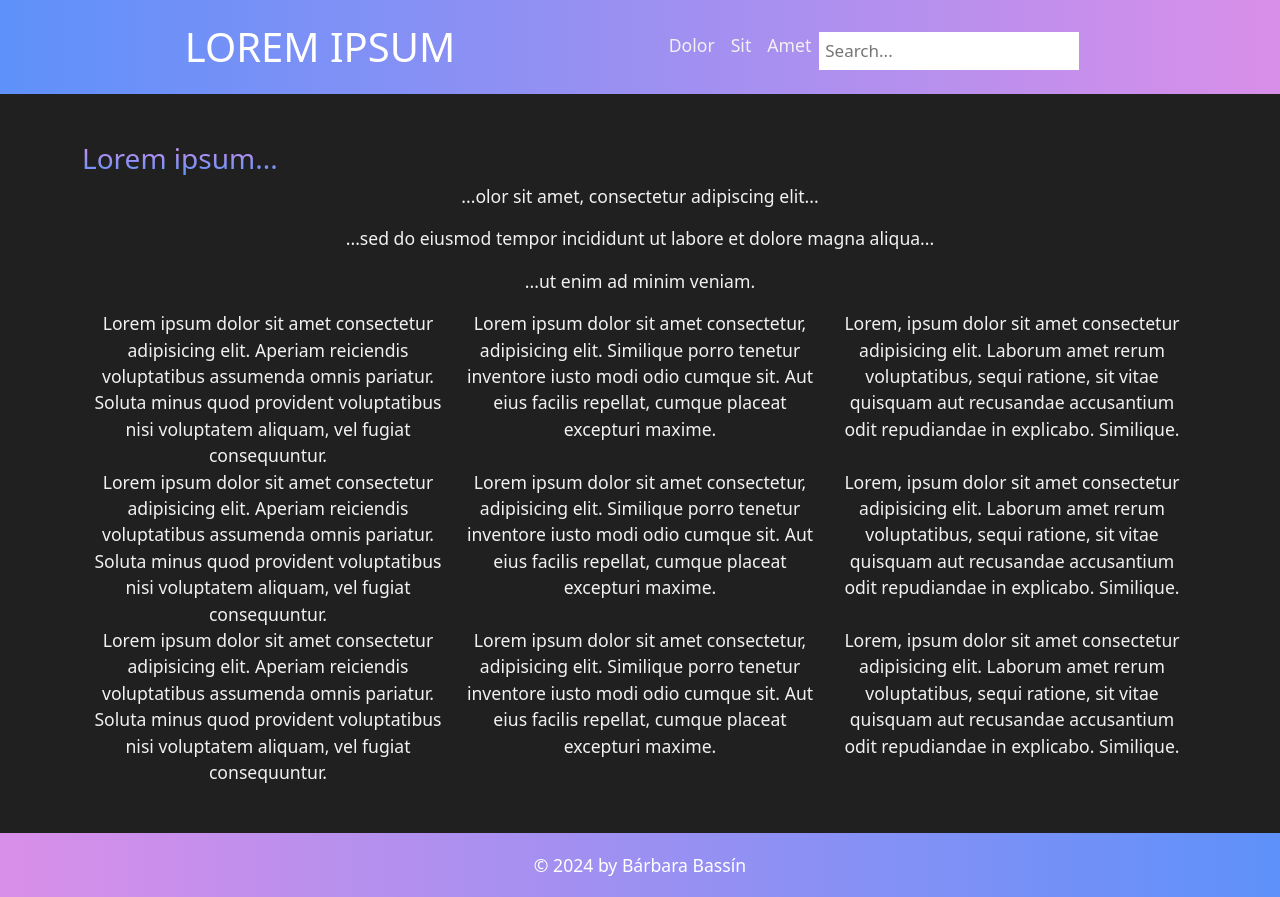
Repository: romancegirl/responsiveness
Page: index.html
The author's editor kept a copy of each file at every save. The page is drawn from the files as they stood at one save, then again after the next save.
The browser window is 1280 px wide. The pictures show the whole page.

Above is the page before, as saved 2024-11-19 18:46:34.

After the next save:
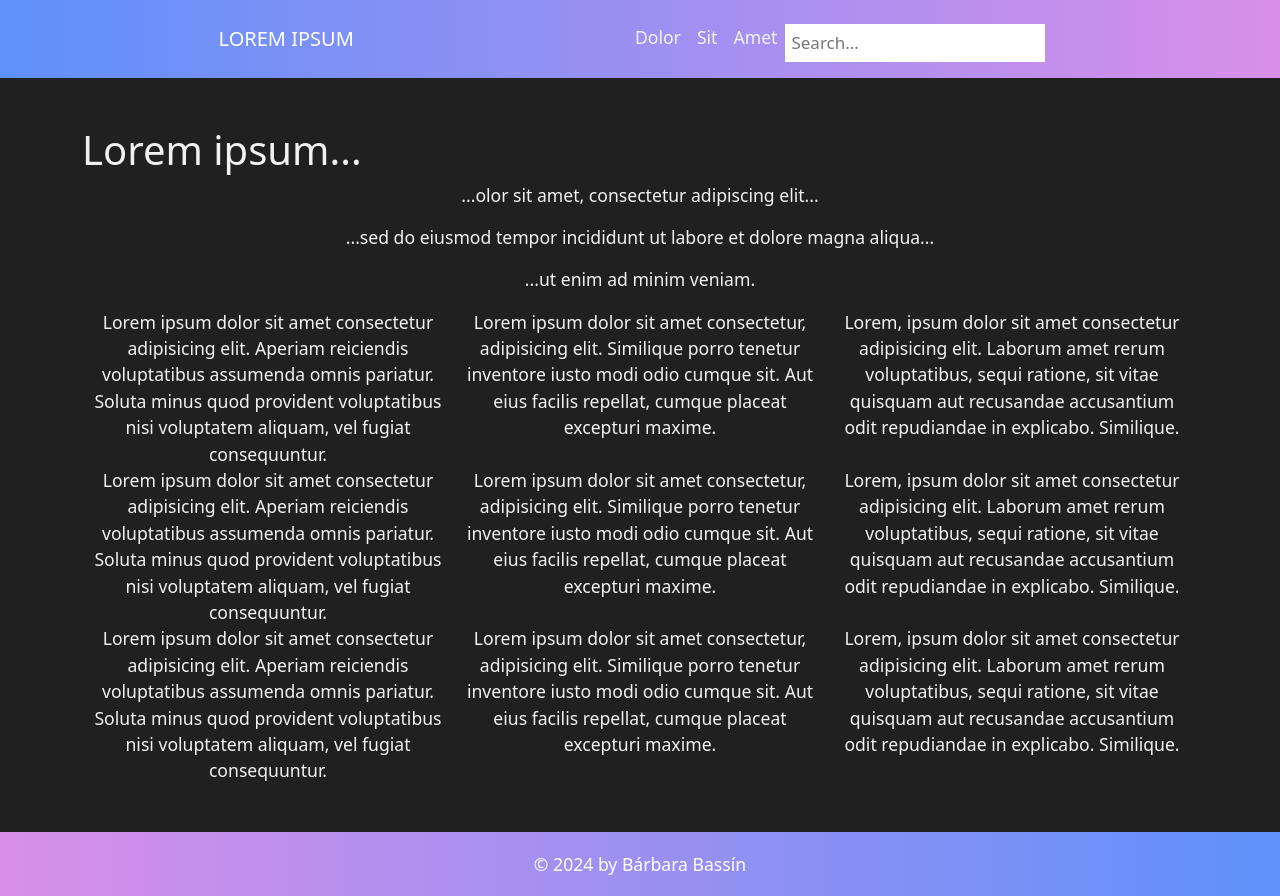
Saved 95 s later.
--- a/index.html
+++ b/index.html
@@ -12,9 +12,9 @@
 
 <body>
     <!-- Header -->
-    <header class="py-3">
+    <header class="py-2">
         <div class="container d-flex justify-content-around align-items-center" id="profile">
-            <h1 class="m-0">LOREM IPSUM</h1>
+            <h5 class="m-0">LOREM IPSUM</h5>
             <nav class="navbar navbar-expand-lg">
                 <button class="navbar-toggler" type="button" data-bs-toggle="collapse" data-bs-target="#navbarNav"
                     aria-controls="navbarNav" aria-expanded="false" aria-label="Toggle navigation">
@@ -37,7 +37,7 @@
     <!-- Main -->
     <main class="container my-5">
         <div>
-            <h3>Lorem ipsum...</h3>
+            <h1>Lorem ipsum...</h1>
             <p>...olor sit amet, consectetur adipiscing elit...</p>
             <p>...sed do eiusmod tempor incididunt ut labore et dolore magna aliqua...</p>
             <p>...ut enim ad minim veniam.</p>
